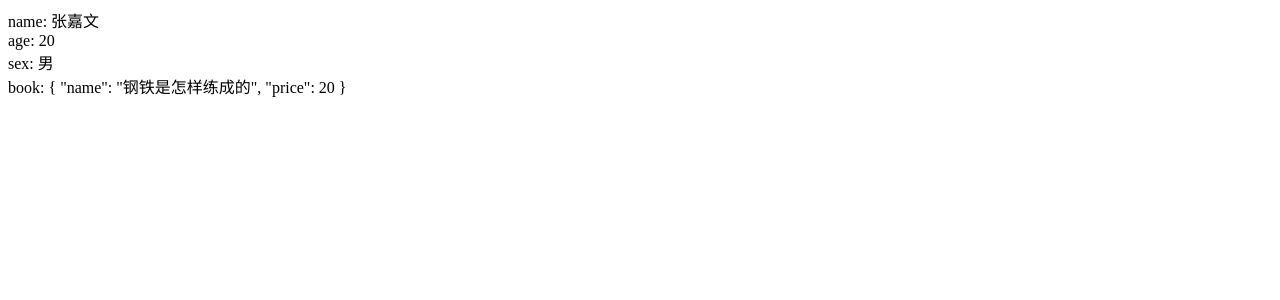
Repository: 596178924/vue3-ts-app
Page: /
These files come from the project's save history. The page is drawn as it stood at one moment and after the next save; the edit follows.
The browser window is 1280 px wide. The pictures show the whole page.
The project was rebuilt for these pictures with package versions that can differ from the ones it lists, and the page was loaded fresh each time. Also part of the build but not shown: vite.config.ts, src/views/home/index.vue.

Above is the page before, as saved 2022-11-09 15:46:56.

After the next save:
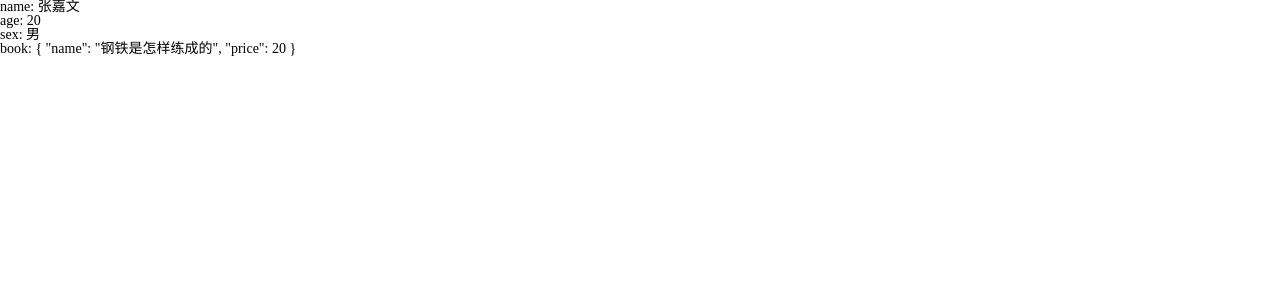
Saved 84 s later.
--- a/src/App.vue
+++ b/src/App.vue
@@ -1,4 +1,4 @@
-<style lang="less" scoped>
+<style lang="less">
 @import url('@/styles/index.less');
 </style>
 
